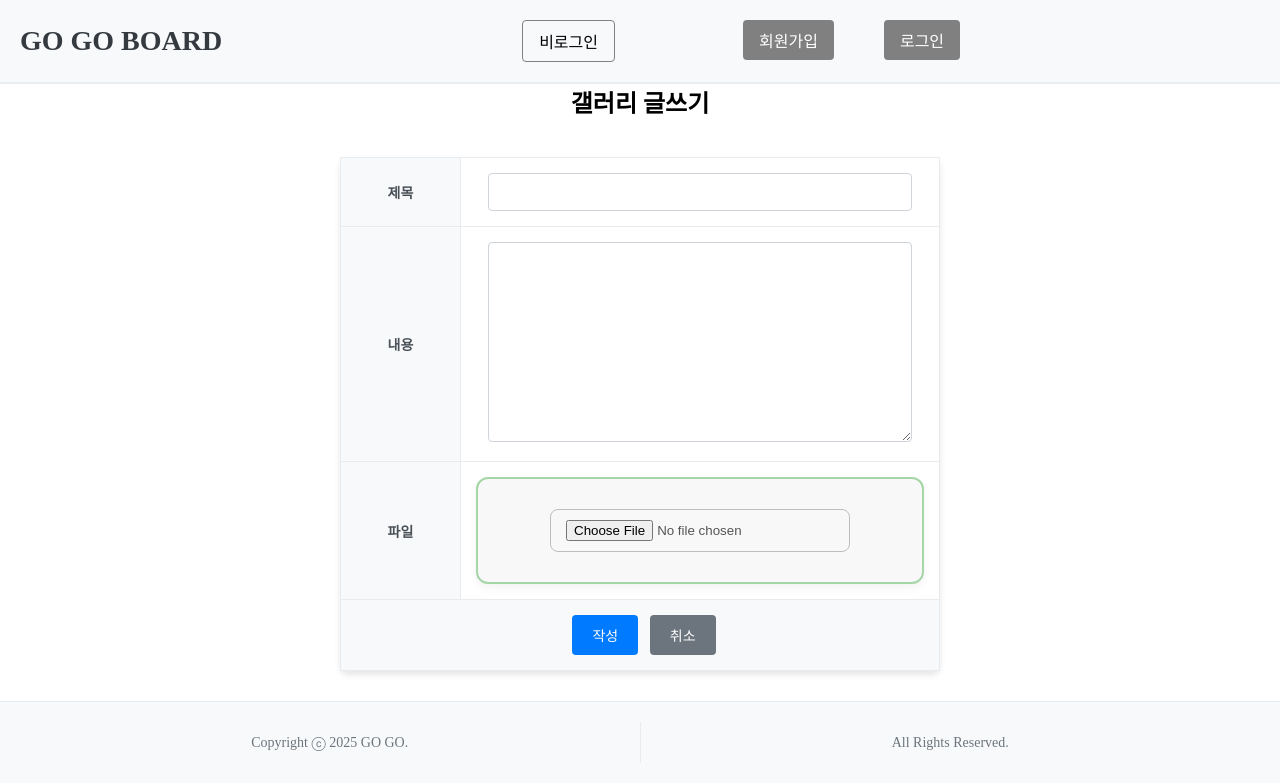
Repository: 1plus1equals3-true/Board-Project
Page: http://localhost/jsp/board/write_gallery.jsp
The author's editor kept a copy of each file at every save. The page is drawn from the files as they stood at one save, then again after the next save.
The browser window is 1280 px wide. The pictures show the whole page.
The page is served by Tomcat 9. Other server files are loaded and not shown.

Above is the page before, as saved 2025-09-23 06:02:20.

### jsp/src/main/webapp/board/write_gallery.jsp
<%@ page language="java" contentType="text/html; charset=UTF-8"
    pageEncoding="UTF-8"%>
<!DOCTYPE html>
<html>
<head>
<meta charset="UTF-8">
<title>쓰기</title>
<style>
*{
	margin: 0 auto;
	padding: 0;
	text-align: center;
	box-sizing: border-box;
}
.write-form table {
    width: 100%;
    border-collapse: collapse;
    font-size: 14px;
    margin: 20px auto;
    max-width: 600px;
    background-color: #fff;
    border: 1px solid #dee2e6;
    border-radius: 8px;
    box-shadow: 0 4px 6px rgba(0, 0, 0, 0.1);
}

.write-form td {
    padding: 15px;
    border: 1px solid #e9ecef;
}

.write-form td:first-child {
    background-color: #f8f9fa;
    font-weight: bold;
    color: #495057;
    text-align: center;
    width: 120px;
}

.write-form input[type="text"],
.write-form textarea {
    width: calc(100% - 24px);
    padding: 10px 12px;
    border: 1px solid #ced4da;
    border-radius: 4px;
    font-size: 14px;
    box-sizing: border-box;
    text-align: left;
}

.write-form textarea {
    height: 200px;
    resize: vertical;
}

.write-form .button-container {
    text-align: right;
}

.write-form input[type="submit"],
.write-form .btn-cancel {
    padding: 10px 20px;
    border: none;
    border-radius: 4px;
    font-size: 14px;
    cursor: pointer;
    transition: background-color 0.3s ease;
    margin-left: 8px;
}

.write-form input[type="submit"] {
    background-color: #007bff;
    color: white;
}

.write-form input[type="submit"]:hover {
    background-color: #0056b3;
}

.write-form .btn-cancel {
    background-color: #6c757d;
    color: white;
}

.write-form .btn-cancel:hover {
    background-color: #5a6268;
}

/* a 태그 안에 button을 넣었을 때 스타일 */
.write-form a {
    text-decoration: none;
}
/* 전체 컨테이너 (div) 스타일 */
.file-container {
  display: flex;
  flex-direction: column;
  align-items: center;
  gap: 20px;
  padding: 30px;
  border: 2px solid #A5D6A7;
  border-radius: 12px;
  background-color: #F8F8F8;
  box-shadow: 0 4px 10px rgba(0, 0, 0, 0.05);
}

/* 파일 입력 필드 스타일 */
.file-container input[type="file"] {
  font-family: Arial, sans-serif;
  color: #555;
  border: 1px solid #BDBDBD;
  border-radius: 8px;
  padding: 10px 15px;
  width: 100%;
  max-width: 300px;
}

/* ★★★ div 안에 있는 button 태그에 직접 스타일 적용 ★★★ */
.file-container button {
  padding: 10px 18px;
  font-family: Arial, sans-serif;
  font-size: 14px;
  color: #555;
  background-color: #E0E0E0;
  border: none;
  border-radius: 8px;
  cursor: pointer;
  transition: background-color 0.3s ease;
  width: fit-content;
}

/* ★★★ 호버 효과도 동일하게 적용 ★★★ */
.file-container button:hover {
  background-color: #BDBDBD;
}
</style>
</head>
<body>
<%@ include file="op_top.jsp" %>
<section class="min-height">
<h1>갤러리 글쓰기</h1><br>
<form action="../test/test2.jsp" method="post" enctype="multipart/form-data" class="write-form">
	<table>

		<tr>
			<td>제목</td>
			<td><input type="text" name="writetitle"></td>
		</tr>

		<tr>
			<td>내용</td>
			<td>
				<textarea class="text" name="writetext"></textarea>
			</td>
		</tr>

		<tr>
			<td>파일</td>
			<td>

				<div id="file_container_0" class="file-container">
					<input type="file" name="upfile_0" id="upfile_0" accept=".gif, .jpg, .png">
				</div>

			</td>
		</tr>

		<tr>
			<td colspan="2">
				<input type="submit" value="작성">
				<button type="button" class="btn-cancel" onclick="history.back()">취소</button>
			</td>
		</tr>

	</table>
</form>
</section>
<%@ include file="op_bot.jsp" %>


<script>
document.addEventListener('DOMContentLoaded', () => {
    const fileArea = document.querySelector('.write-form tbody tr:nth-child(3) td:nth-child(2)');
    let fileIndex = 0;

    // 초기 파일 입력 필드에 이벤트 리스너를 즉시 연결
    addEventListenersToFileInput(document.getElementById('upfile_0'));

    // 파일 입력 필드에 이벤트 리스너를 추가하는 함수
    function addEventListenersToFileInput(inputElement) {
        inputElement.addEventListener('change', handleFileChange);
    }

    // 파일 변경 이벤트 핸들러
    function handleFileChange(event) {
        const currentInput = event.target;
        const container = currentInput.closest('.file-container');

        if (!container) return;

        // 기존의 취소 버튼 제거
        const existingCancelButton = container.querySelector('.cancel-button');
        if (existingCancelButton) {
            existingCancelButton.remove();
        }

        if (currentInput.files.length > 0) {
            // 파일이 선택되었을 때만 취소 버튼 생성 및 추가
            addCancelButton(container);

            // 현재 입력 필드가 마지막 필드일 때만 새로운 필드를 추가
            const allInputs = fileArea.querySelectorAll('input[type="file"]');
            const isLastInput = currentInput === allInputs[allInputs.length - 1];

            if (isLastInput) {
                addNewFileInput();
            }
        }
    }

    // 취소 버튼을 생성하고 추가하는 함수
    function addCancelButton(container) {
        const newCancelButton = document.createElement('button');
        newCancelButton.type = 'button';
        newCancelButton.className = 'cancel-button';
        newCancelButton.textContent = '취소';

        newCancelButton.addEventListener('click', () => {
            // 현재 컨테이너(파일 입력 필드와 취소 버튼)만 제거합니다.
            container.remove();

            // 파일 입력 필드가 하나도 없으면 초기 필드 다시 생성
            if (!fileArea.querySelector('.file-container')) {
                fileIndex = 0;
                addNewFileInput(true); // isInitial true로 설정
            }
        });

        container.appendChild(newCancelButton);
    }

    // 새로운 파일 입력 필드를 추가하는 함수
    function addNewFileInput(isInitial = false) {
        if (!isInitial) {
            fileIndex++;
        }

        const newContainer = document.createElement('div');
        newContainer.id = `file_container_\${fileIndex}`;
        newContainer.className = 'file-container';

        const newInput = document.createElement('input');
        newInput.type = 'file';
        newInput.name = `upfile_\${fileIndex}`;
        newInput.id = `upfile_\${fileIndex}`;
        newInput.accept = '.gif, .jpg, .png';

        newContainer.appendChild(newInput);
        fileArea.appendChild(newContainer);

        // 새로운 필드에 이벤트 리스너 연결
        addEventListenersToFileInput(newInput);
    }
});
</script>

</body>
</html>

### jsp/src/main/webapp/board/op_top.jsp
<%@ page language="java" contentType="text/html; charset=UTF-8"
    pageEncoding="UTF-8"%>
<%@ page import="java.sql.*" %>
<%@ page import="lib.DB" %>
<%
String login_id = "";
login_id = (String)session.getAttribute("ss_check");
String login_idx = "";
String login_name = "";
String login_upfile = "";
int login_rank = -1;

if(login_id == null || login_id.equals("") || login_id.equals("null")) {
}else {
	String sqll = null;
	Connection connl =null;
	PreparedStatement psl = null;
	ResultSet rsl = null;

	try {

		connl = DB.getConnection();

		sqll = "SELECT * FROM member WHERE uid=?";
		psl = connl.prepareStatement(sqll);
		psl.setString(1, login_id);

		rsl = psl.executeQuery();
		rsl.next();

		login_idx = rsl.getString("idx");
		login_name = rsl.getString("name");
		login_upfile = rsl.getString("upfile");
		login_rank = rsl.getInt("member_rank");

	}catch (Exception e) {
		out.println(e.toString());
		out.println(sqll);
	}
}

if (login_rank == 0) {
	%> <script type="text/javascript">
		alert("비활성화된 회원입니다.");
		location.replace("../member/Login.jsp")
	</script> <%
	session.removeAttribute("ss_check");
	return;
}

%>

<style>
.min-height {
	min-height: 80vh;
}
*{
	margin: 0 auto;
	padding: 0;
	text-align: center;
	box-sizing: border-box;
}
.board-header {
    background-color: #f8f9fa;
    border-bottom: 2px solid #e9ecef;
    padding: 20px;
    display: flex;
    justify-content: space-between;
    align-items: center;
    width: 100%;
    min-height: 10vh;
    margin: 0 auto;
}

.board-header h1 {
    font-size: 28px;
    color: #343a40;
    margin: 0;
    font-weight: bold;
    text-align: left;
}

.board-header h1 a {
	font-size: 28px;
    color: #343a40;
    margin: 0;
    font-weight: bold;
    text-decoration: none;
}

.board-header nav ul {
    list-style: none;
    padding: 0;
    margin: 0;
    display: flex;
    gap: 50px;
    text-align: right;
}

.board-header nav li a {
    text-decoration: none;
    /*color: #495057;*/
    font-size: 16px;
    font-weight: 500;
    transition: color 0.3s ease;
}

header img {
	width: 40px;
    height: 40px;
    border-radius: 4px;
    border: 1px solid #ced4da;
}

.logout-btn {
    display: inline-block;
    padding: 8px 16px;
    border: none;
    border-radius: 4px;
    background-color: gray;
    color: white;
    cursor: pointer;
    text-decoration: none;
    transition: background-color 0.3s ease;
}
.logout-btn:hover {
    background-color: #dc3545;
}

.mypage-btn {
    display: inline-block;
    padding: 8px 16px;
    border: none;
    border-radius: 4px;
    background-color: gray;
    color: white;
    cursor: pointer;
    text-decoration: none;
    transition: background-color 0.3s ease;
}
.mypage-btn:hover {
    background-color: #007bff;
}

.user-info {
    display: inline-block;
    padding: 8px 16px;
    border: 1px solid gray;
    border-radius: 4px;
    color: black;
    font-size: 16px;
    font-weight: 500;
    transition: background-color 0.3s ease;
}


</style>
<% if(login_id == null || login_id.equals("") || login_id.equals("null")) { %>
<header class="board-header">
    <h1><a href="../board_proc/main_proc.jsp">GO GO BOARD</a></h1>
    <nav>
        <ul>
            <li><span class="user-info">비로그인</span></li>
            <li> &nbsp; &nbsp; &nbsp; &nbsp; </li>
            <li><a href="../member/Join.jsp" class="mypage-btn">회원가입</a></li>
            <li><a href="../member/Login.jsp" class="mypage-btn">로그인</a></li>
        </ul>
    </nav>
</header>
<% }else { %>
<header class="board-header">
    <h1><a href="../board_proc/main_proc.jsp">GO GO BOARD</a></h1>
    <nav>
        <ul>
            <li><span class="user-info">이름 : <%= login_name %></span></li>
            <% if (login_upfile == null || login_upfile.equals("")) { %>
            	<li> &nbsp; &nbsp; &nbsp; &nbsp; </li>
            <% }else { %>
            	<li><img alt="X" src="../member/Download.jsp?uid=<%= login_id %>"></li>
            <% } %>
            <li><a href="../member/View.jsp?uid=<%= login_id %>" class="mypage-btn">마이페이지</a></li>
            <li><a href="../member/Logout.jsp" class="logout-btn">로그아웃</a></li>
        </ul>
    </nav>
</header>
<% } %>

### jsp/src/main/webapp/board/op_bot.jsp
<%@ page language="java" contentType="text/html; charset=UTF-8"
    pageEncoding="UTF-8"%>
<style>
.board-footer {
    background-color: #f8f9fa;
    border-top: 1px solid #e9ecef;
    padding: 20px;
    margin-top: 30px;
    display: flex;
    justify-content: space-around;
    align-items: flex-start;
    width: 100%;
    min-height: 10vh;
    margin-left: auto;
    margin-right: auto;
}

.board-footer > div {
    flex: 1;
    padding: 10px;
    text-align: center;
    color: #6c757d;
    font-size: 14px;
    line-height: 1.5;
}

.board-footer > div:not(:last-child) {
    border-right: 1px solid #e9ecef;
}
</style>
<footer class="board-footer">
    <div>Copyright ⓒ 2025 GO GO.</div>
    <div>All Rights Reserved.</div>
</footer>

After the next save:
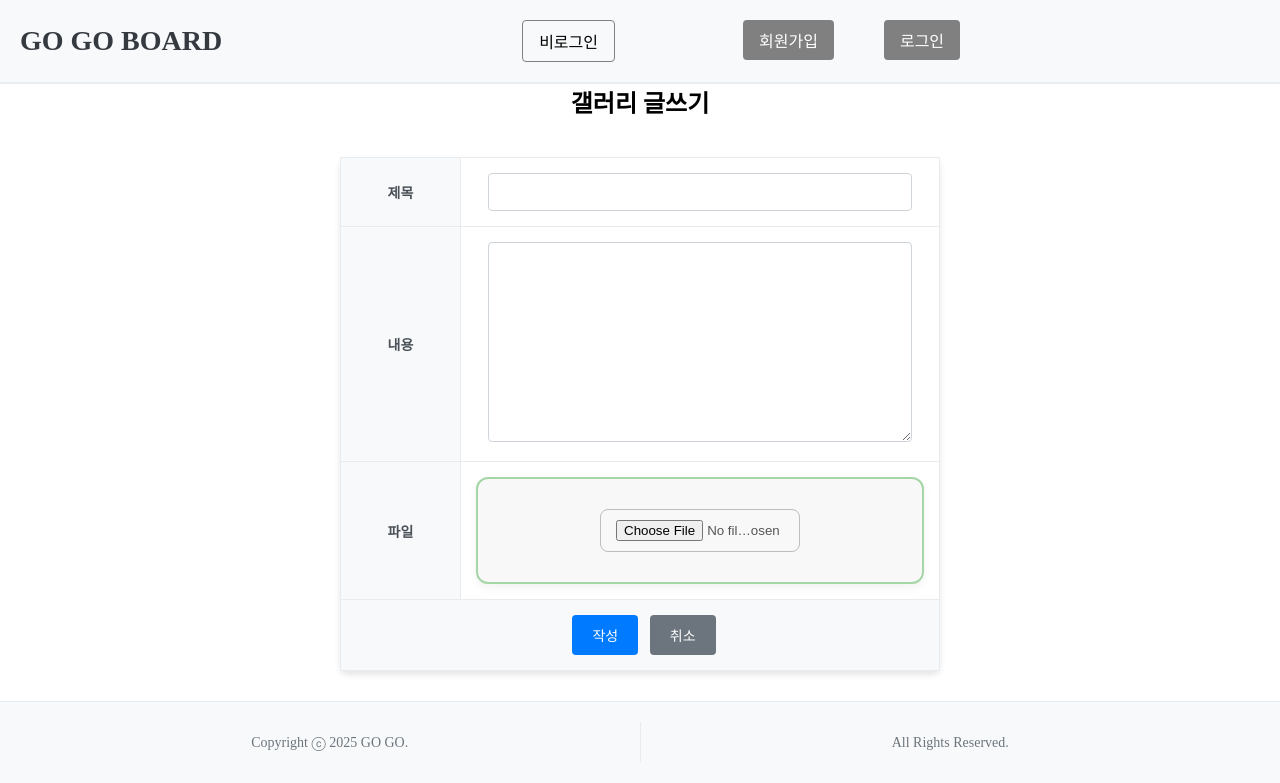
Saved 96 s later.
--- a/jsp/src/main/webapp/board/write_gallery.jsp
+++ b/jsp/src/main/webapp/board/write_gallery.jsp
@@ -92,10 +92,13 @@
 }
 /* 전체 컨테이너 (div) 스타일 */
 .file-container {
+  /* 세로 정렬(column) 대신 가로 정렬(row)로 변경 */
   display: flex;
-  flex-direction: column;
-  align-items: center;
-  gap: 20px;
+  flex-direction: row;
+  align-items: center; /* 세로 중앙 정렬 */
+  gap: 15px; /* 요소들 사이의 간격 */
+
+  /* 나머지 디자인 스타일은 그대로 유지 */
   padding: 30px;
   border: 2px solid #A5D6A7;
   border-radius: 12px;
@@ -105,16 +108,18 @@
 
 /* 파일 입력 필드 스타일 */
 .file-container input[type="file"] {
+  /* 너비가 너무 넓어지지 않도록 조정 */
+  width: 100%;
+  max-width: 200px; /* 적절한 너비로 조정하세요 */
+
   font-family: Arial, sans-serif;
   color: #555;
   border: 1px solid #BDBDBD;
   border-radius: 8px;
   padding: 10px 15px;
-  width: 100%;
-  max-width: 300px;
-}
-
-/* ★★★ div 안에 있는 button 태그에 직접 스타일 적용 ★★★ */
+}
+
+/* 버튼 스타일 */
 .file-container button {
   padding: 10px 18px;
   font-family: Arial, sans-serif;
@@ -128,7 +133,7 @@
   width: fit-content;
 }
 
-/* ★★★ 호버 효과도 동일하게 적용 ★★★ */
+/* 호버 효과 */
 .file-container button:hover {
   background-color: #BDBDBD;
 }
